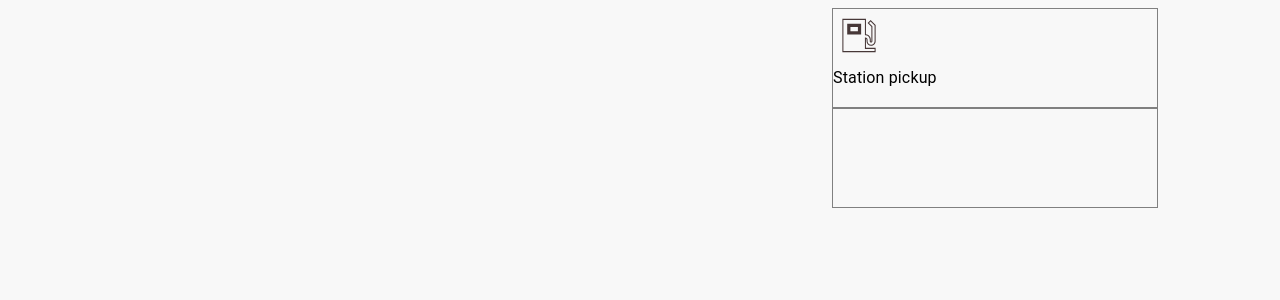
Repository: Armstrong2035/hng-project-two
Page: /cart (app in timbu-store/)
The author's editor kept a copy of each file at every save. The page is drawn from the files as they stood at one save, then again after the next save.
The browser window is 1280 px wide. The pictures show the whole page.
The project was rebuilt for these pictures with package versions that can differ from the ones it lists, and the page was loaded fresh each time. The framework's server and built-in components were replaced by stand-ins that run in the browser. Also part of the build but not shown: timbu-store/next.config.mjs.

Above is the page before, as saved 2024-07-08 23:23:37.

After the next save:
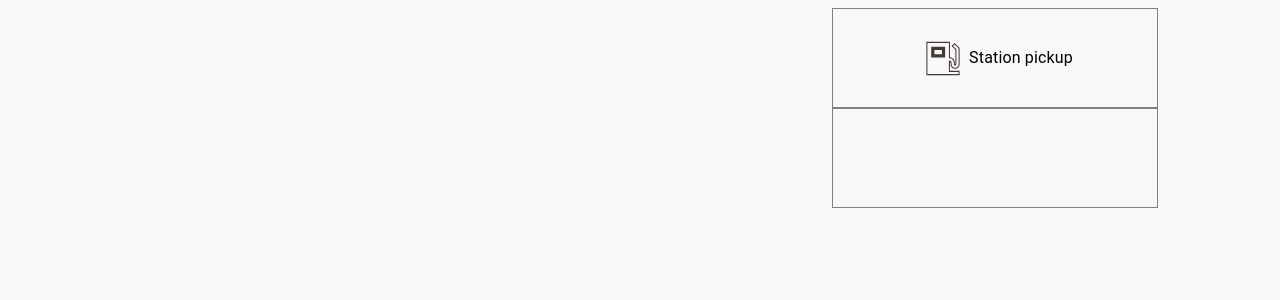
Saved 26 s later.
--- a/timbu-store/components/checkout/cart/CartPage.js
+++ b/timbu-store/components/checkout/cart/CartPage.js
@@ -31,6 +31,9 @@ export default function CartPage() {
                   border: "1px solid grey",
                   height: "98px",
                   width: "324px",
+                  display: "flex",
+                  alignItems: "center",
+                  justifyContent: "center",
                 }}
               >
                 <Image src={stationPickup} />
